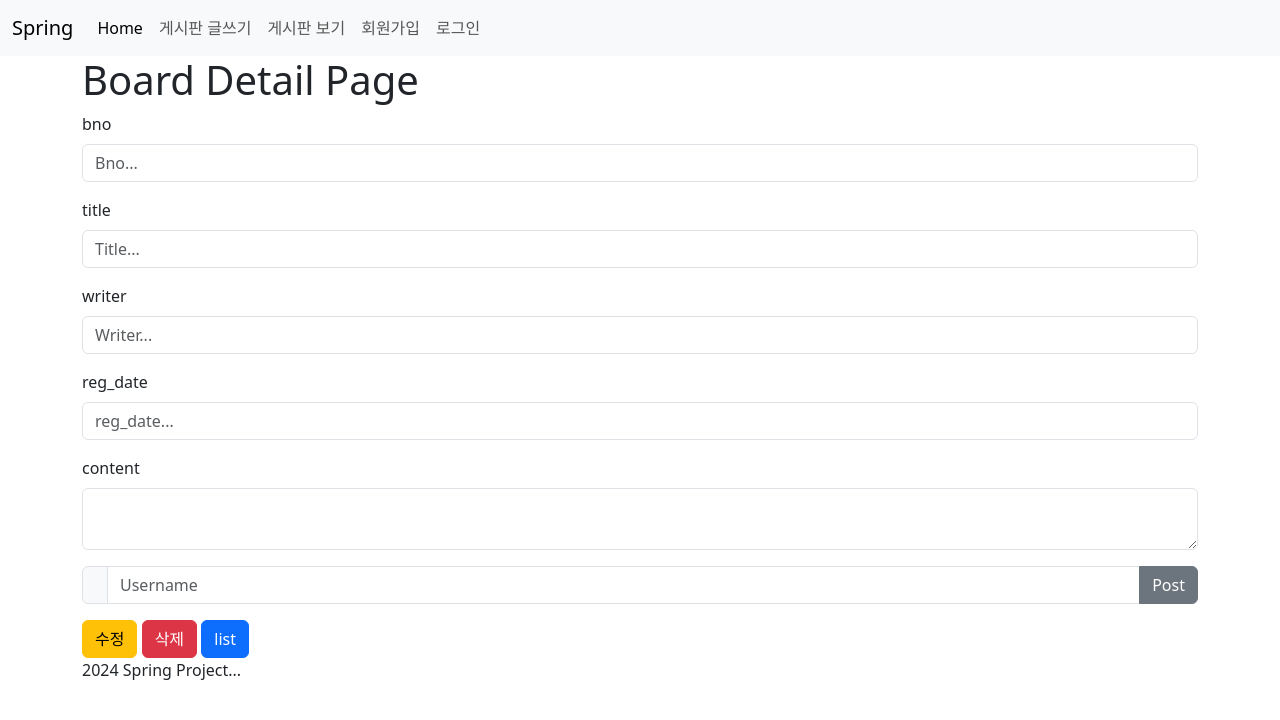
Repository: lhj6399/springTest240430
Page: http://localhost/spring_study/WEB-INF/views/board/detail.jsp
An editor plug-in stored every save of this project. The page is shown before and after the next save, followed by the edit.
The browser window is 1280 px wide. The pictures show the whole page.
The page is served by Tomcat 9. Nobody is signed in. The template is opened directly, without the code that normally fills it, so the values that code supplies are empty.

Above is the page before, as saved 2024-04-26 02:44:22.

After the next save:
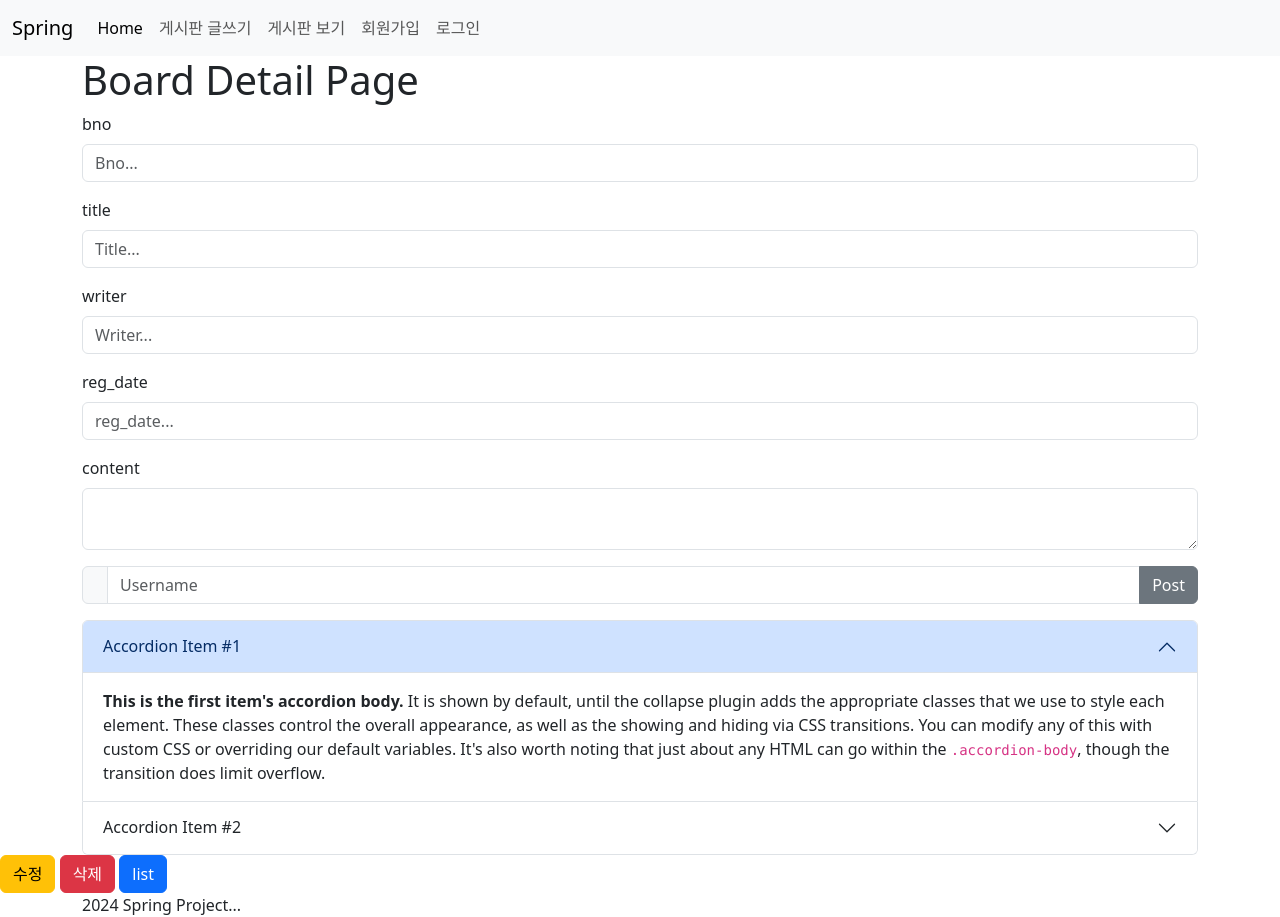
Saved 94 s later.
--- a/spring_study/src/main/webapp/WEB-INF/views/board/detail.jsp
+++ b/spring_study/src/main/webapp/WEB-INF/views/board/detail.jsp
@@ -32,7 +32,27 @@
 	<button type="button" id="cmtAddBtn" class="btn btn-secondary">Post</button>
 	</div>
 	<!-- 댓글 출력 라인 -->
-
+	<div class="accordion" id="accordionExample">
+  <div class="accordion-item">
+    <h2 class="accordion-header">
+      <button class="accordion-button" type="button" data-bs-toggle="collapse" data-bs-target="#collapseOne" aria-expanded="true" aria-controls="collapseOne">
+        Accordion Item #1
+      </button>
+    </h2>
+    <div id="collapseOne" class="accordion-collapse collapse show" data-bs-parent="#accordionExample">
+      <div class="accordion-body">
+        <strong>This is the first item's accordion body.</strong> It is shown by default, until the collapse plugin adds the appropriate classes that we use to style each element. These classes control the overall appearance, as well as the showing and hiding via CSS transitions. You can modify any of this with custom CSS or overriding our default variables. It's also worth noting that just about any HTML can go within the <code>.accordion-body</code>, though the transition does limit overflow.
+      </div>
+    </div>
+  </div>
+  <div class="accordion-item">
+    <h2 class="accordion-header">
+      <button class="accordion-button collapsed" type="button" data-bs-toggle="collapse" data-bs-target="#collapseTwo" aria-expanded="false" aria-controls="collapseTwo">
+        Accordion Item #2
+      </button>
+    </div>
+  </div>
+</div>
 
 
 	<a href="/board/modify?bno=${bvo.bno }"><button type="button" class="btn btn-warning">수정</button></a>
